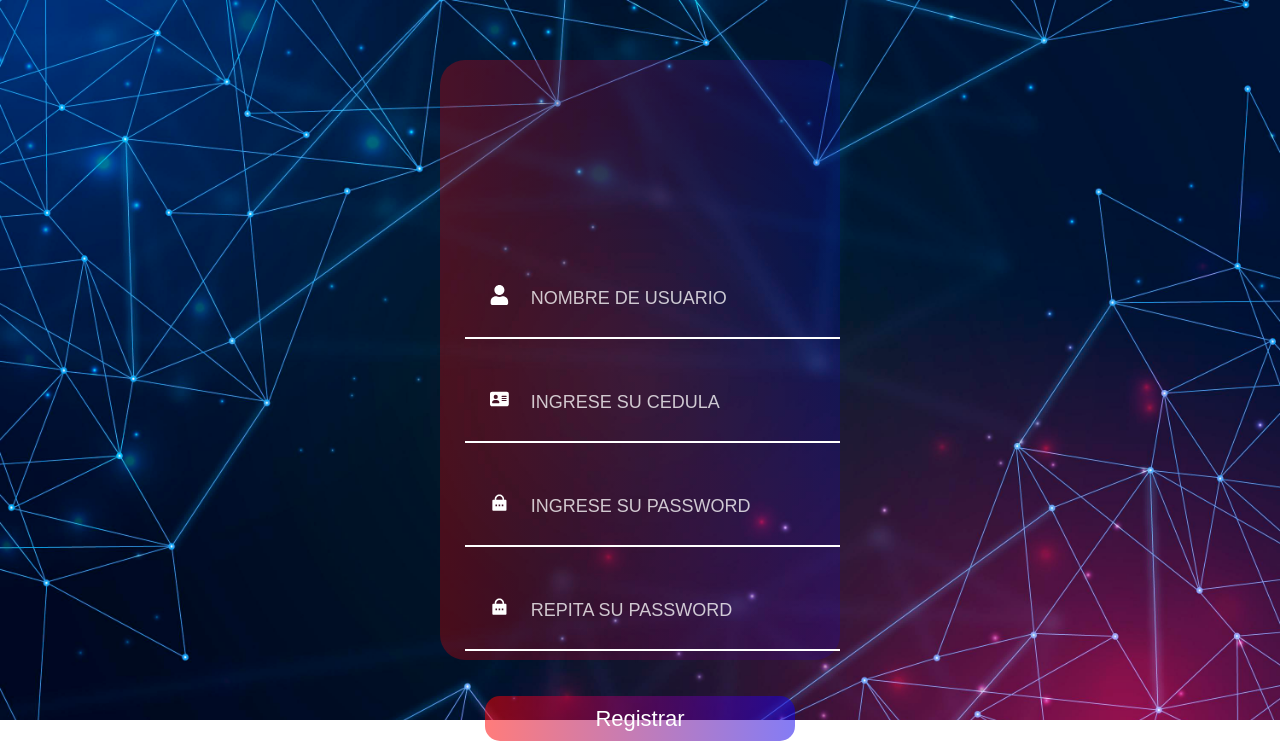
Repository: Davic1o/municipio
Page: /Registro
These files come from the project's save history. The page is drawn as it stood at one moment and after the next save; the edit follows.
The browser window is 1280 px wide. The pictures show the whole page.
The project was rebuilt for these pictures with package versions that can differ from the ones it lists, and the page was loaded fresh each time. Also part of the build but not shown: src/pages/Login/Login.jsx, src/pages/Administrador/Admin.jsx, src/pages/Coord/Coord.jsx, src/pages/User/User.jsx.

Above is the page before, as saved 2024-02-06 17:50:13.

### src/index.js
import React from 'react';
import ReactDOM from 'react-dom/client';
import './index.css';
import App from './App';
import { BrowserRouter } from 'react-router-dom';

const root = ReactDOM.createRoot(document.getElementById('root'));
root.render(
  <BrowserRouter>
    <App />
   </BrowserRouter>
);

### src/index.css
body {
  margin: 0;
  font-family: -apple-system, BlinkMacSystemFont, 'Segoe UI', 'Roboto', 'Oxygen',
    'Ubuntu', 'Cantarell', 'Fira Sans', 'Droid Sans', 'Helvetica Neue',
    sans-serif;
  -webkit-font-smoothing: antialiased;
  -moz-osx-font-smoothing: grayscale;
}

code {
  font-family: source-code-pro, Menlo, Monaco, Consolas, 'Courier New',
    monospace;
}
input{
  text-decoration: none;
  border: none;
}
button{
  background-color: transparent;
  text-decoration: none;
  border: none;
}

### src/App.jsx

import './App.css';
import Rutas from './routes/Rutas';

function App() {
  return (
    <div className="App">
      <Rutas/>
    </div>
  );
}

export default App;

### src/routes/Rutas.jsx
import React from 'react'
import { Routes, Route } from 'react-router-dom';
import Login from '../pages/Login/Login';
import Admin from '../pages/Administrador/Admin';
import Coord from '../pages/Coord/Coord';
import User from '../pages/User/User';
import Register from '../pages/Register/Register';


function Rutas() {
  return (


    <Routes>
    <Route exact path="/" element={<Login/>} />
    <Route exact path="/Registro" element={<Register/>} />
    <Route exact path="/Administrador" element={<Admin/>} />
    <Route path='/Coordinador' element={<Coord/>} />
    <Route path='/Usuario' element={<User/>} />

    </Routes>

  )
}

export default Rutas

### src/pages/Register/Register.jsx
import React, { useState } from 'react';
import { FaUser } from 'react-icons/fa';
import { RiLockPasswordFill } from 'react-icons/ri';
import { useNavigate } from 'react-router-dom';
import { FaAddressCard } from "react-icons/fa6";
import './login.css';

const Register = () => {
  const navigate = useNavigate();

  return (
    <div className="login__container">
      <div className="login__recuadro">
        <div className="login__formulario">
          <div className="contenedor__nombre">
            <FaUser className="icon__nombre" />
            <input
              type="text"
              className="inp__nombre"
              placeholder="NOMBRE DE USUARIO"
            />
          </div>
          <div className="contenedor__nombre">
          <FaAddressCard className="icon__password"/>
            <input
              type="password"
              className="inp__password"
              placeholder="INGRESE SU CEDULA"

            />
          </div>
          <div className="contenedor__password">
          <RiLockPasswordFill className="icon__password" />
            <input
              type="password"
              className="inp__password"
              placeholder="INGRESE SU PASSWORD"

            />

          </div>
          <div className="contenedor__password">
          <RiLockPasswordFill className="icon__password" />
            <input
              type="password"
              className="inp__password"
              placeholder="REPITA SU PASSWORD"

            />


          </div>
          <div className="contendor__ingresar">
            <button className="btn__ingresar" >
              Registrar
            </button>
          </div>
        </div>
      </div>
    </div>
  );
};

export default Register;

### src/pages/Login/login.css
.login__container {
    background-image:  url('../../images/fondo_informacion.jpg');
    background-size: cover;
    height: 100vh;
    width: 100vw;
    box-sizing: border-box;
    display: flex;
    align-items: center;
    justify-content: center;
    z-index: 0;
}
.login__recuadro{
    width: 400px;
    height: 600px;
    border-radius: 25px;
    background: linear-gradient(to right, rgba(253, 0, 0, 0.288) 1%, rgba(16, 0, 235, 0.171));
}
.login__formulario{
    margin-top: 200px;
}
.contenedor__nombre, .contenedor__password{
    padding: 25px;
    width: 325px;
    margin: 25px;
    display: flex;
    border-bottom: 2px solid white ;
}
.icon__nombre, .icon__password{
    margin-right: 20px;
    font-size: 20px;
    background-color: transparent;
    color: white;
}
.inp__nombre, .inp__password{

    background-color: transparent;
    width: 300px;
    height: 25px;
    font-size: 18px;
    color: white;
}
.inp__nombre::placeholder, .inp__password::placeholder{
    font-size: 18px;
color: rgba(255, 255, 255, 0.767);
}
.inp__nombre:focus, .inp__password:focus{
    outline: none;
    font-size: 18px;
    border: none;
    color: white;
}
.contenedor__recuerdame{
    width: 325px;
    margin: 25px;
    display: flex;
}
.inp__recuerdame{
    transform: scale(1.5);
    margin-right: 20px;
}
.lbl__recuerdame{
    font-size: 18px;
    color: white;
}
.contenedor__registrar{
    width: 325px;
    margin: 25px;
    display: flex;
    justify-content: right;
}
.lbl__registrar{
    color: white;
}
.lbl__registrar:hover{
    color: blue;
    cursor: pointer;
}
.contendor__ingresar{

    background: linear-gradient(to right, rgba(253, 0, 0, 0.514) 1%, rgba(16, 0, 235, 0.514));
    border-radius: 15px;
    margin: 45px;
    display: flex;
    justify-content: center;
}
.btn__ingresar{
    height: 45px;
    color: white;
    font-size: 22px;
    cursor: pointer;

}

### src/pages/Register/login.css
.login__container {
    background-image:  url('../../images/fondo_informacion.jpg');
    background-size: cover;
    height: 100vh;
    width: 100vw;
    box-sizing: border-box;
    display: flex;
    align-items: center;
    justify-content: center;
    z-index: 0;
}
.login__recuadro{
    width: 400px;
    height: 600px;
    border-radius: 25px;
    background: linear-gradient(to right, rgba(253, 0, 0, 0.288) 1%, rgba(16, 0, 235, 0.171));
}
.login__formulario{
    margin-top: 200px;
}
.contenedor__nombre, .contenedor__password{
    width: 325px;
    margin: 25px;
    display: flex;
    border-bottom: 2px solid white ;
}
.icon__nombre, .icon__password{
    margin-right: 20px;
    font-size: 20px;
    background-color: transparent;
    color: white;
}
.inp__nombre, .inp__password{

    background-color: transparent;
    width: 300px;
    height: 25px;
    font-size: 18px;
    color: white;
}
.inp__nombre::placeholder, .inp__password::placeholder{
    font-size: 18px;
color: rgba(255, 255, 255, 0.767);
}
.inp__nombre:focus, .inp__password:focus{
    outline: none;
    font-size: 18px;
    border: none;
    color: white;
}
.contenedor__recuerdame{
    width: 325px;
    margin: 25px;
    display: flex;
}
.inp__recuerdame{
    transform: scale(1.5);
    margin-right: 20px;
}
.lbl__recuerdame{
    font-size: 18px;
    color: white;
}
.contenedor__registrar{
    width: 325px;
    margin: 25px;
    display: flex;
    justify-content: right;
}
.lbl__registrar{
    color: white;
}
.lbl__registrar:hover{
    color: blue;
    cursor: pointer;
}
.contendor__ingresar{

    background: linear-gradient(to right, rgba(253, 0, 0, 0.514) 1%, rgba(16, 0, 235, 0.514));
    border-radius: 15px;
    margin: 45px;
    display: flex;
    justify-content: center;
}
.btn__ingresar{
    height: 45px;
    color: white;
    font-size: 22px;
    cursor: pointer;

}

Loaded but not shown: public/index.html (common file); src/App.css (common file)

After the next save:
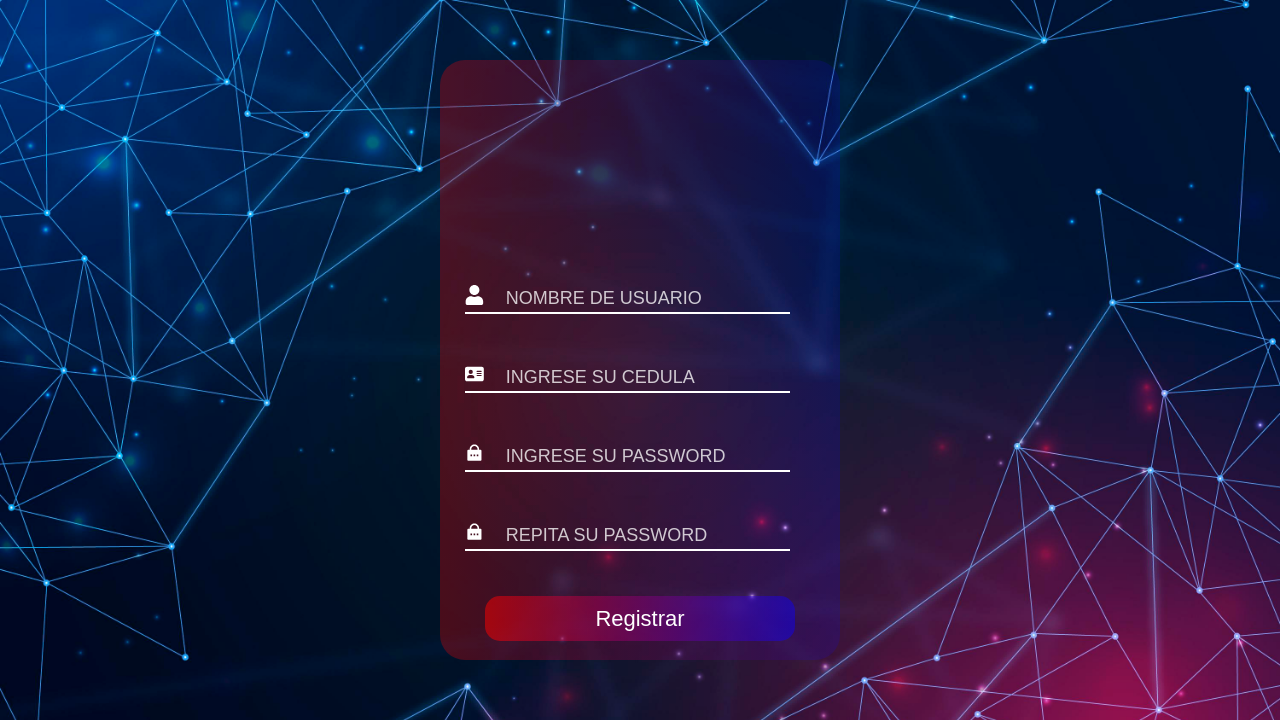
Saved 6 s later.
--- a/src/pages/Login/login.css
+++ b/src/pages/Login/login.css
@@ -19,7 +19,7 @@
     margin-top: 200px;
 }
 .contenedor__nombre, .contenedor__password{
-    padding: 25px;
+    padding-top: 25px;
     width: 325px;
     margin: 25px;
     display: flex;
